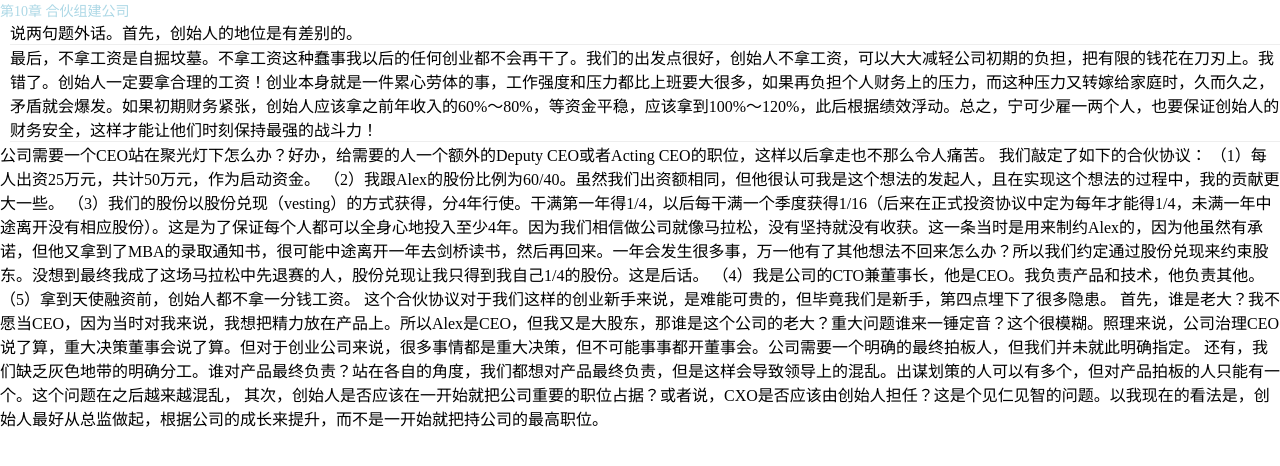
Repository: xudusheng/SSM
Page: SpringMVC/WebContent/HTML/first.html
An editor plug-in stored every save of this project. The page is shown before and after the next save, followed by the edit.
The browser window is 1280 px wide. The pictures show the whole page.

Above is the page before, as saved 2016-07-20 07:29:44.

### SpringMVC/WebContent/HTML/first.html
<!DOCTYPE html>
<html>
<head>
<meta charset="UTF-8">
<title>Insert title here</title>
<style type="text/css">
	*{ padding:0; margin:0; }
	.article-title{ color:lightblue; font-size:14px; }
	.content-line--grey{ border-bottom:1px solid #eee; margin-left:10px; }
</style>
</head>
<body>
	<p class='article-title'>第10章 合伙组建公司</p>
	<p class="content-line--grey">说两句题外话。首先，创始人的地位是有差别的。</p>
	<p class="content-line--grey">最后，不拿工资是自掘坟墓。不拿工资这种蠢事我以后的任何创业都不会再干了。我们的出发点很好，创始人不拿工资，可以大大减轻公司初期的负担，把有限的钱花在刀刃上。我错了。创始人一定要拿合理的工资！创业本身就是一件累心劳体的事，工作强度和压力都比上班要大很多，如果再负担个人财务上的压力，而这种压力又转嫁给家庭时，久而久之，矛盾就会爆发。如果初期财务紧张，创始人应该拿之前年收入的60%～80%，等资金平稳，应该拿到100%～120%，此后根据绩效浮动。总之，宁可少雇一两个人，也要保证创始人的财务安全，这样才能让他们时刻保持最强的战斗力！</p>
	公司需要一个CEO站在聚光灯下怎么办？好办，给需要的人一个额外的Deputy CEO或者Acting
	CEO的职位，这样以后拿走也不那么令人痛苦。 我们敲定了如下的合伙协议： （1）每人出资25万元，共计50万元，作为启动资金。
	（2）我跟Alex的股份比例为60/40。虽然我们出资额相同，但他很认可我是这个想法的发起人，且在实现这个想法的过程中，我的贡献更大一些。
	（3）我们的股份以股份兑现（vesting）的方式获得，分4年行使。干满第一年得1/4，以后每干满一个季度获得1/16（后来在正式投资协议中定为每年才能得1/4，未满一年中途离开没有相应股份）。这是为了保证每个人都可以全身心地投入至少4年。因为我们相信做公司就像马拉松，没有坚持就没有收获。这一条当时是用来制约Alex的，因为他虽然有承诺，但他又拿到了MBA的录取通知书，很可能中途离开一年去剑桥读书，然后再回来。一年会发生很多事，万一他有了其他想法不回来怎么办？所以我们约定通过股份兑现来约束股东。没想到最终我成了这场马拉松中先退赛的人，股份兑现让我只得到我自己1/4的股份。这是后话。
	（4）我是公司的CTO兼董事长，他是CEO。我负责产品和技术，他负责其他。 （5）拿到天使融资前，创始人都不拿一分钱工资。
	这个合伙协议对于我们这样的创业新手来说，是难能可贵的，但毕竟我们是新手，第四点埋下了很多隐患。
	首先，谁是老大？我不愿当CEO，因为当时对我来说，我想把精力放在产品上。所以Alex是CEO，但我又是大股东，那谁是这个公司的老大？重大问题谁来一锤定音？这个很模糊。照理来说，公司治理CEO说了算，重大决策董事会说了算。但对于创业公司来说，很多事情都是重大决策，但不可能事事都开董事会。公司需要一个明确的最终拍板人，但我们并未就此明确指定。
	还有，我们缺乏灰色地带的明确分工。谁对产品最终负责？站在各自的角度，我们都想对产品最终负责，但是这样会导致领导上的混乱。出谋划策的人可以有多个，但对产品拍板的人只能有一个。这个问题在之后越来越混乱，
	其次，创始人是否应该在一开始就把公司重要的职位占据？或者说，CXO是否应该由创始人担任？这是个见仁见智的问题。以我现在的看法是，创始人最好从总监做起，根据公司的成长来提升，而不是一开始就把持公司的最高职位。

</body>
</html>

After the next save:
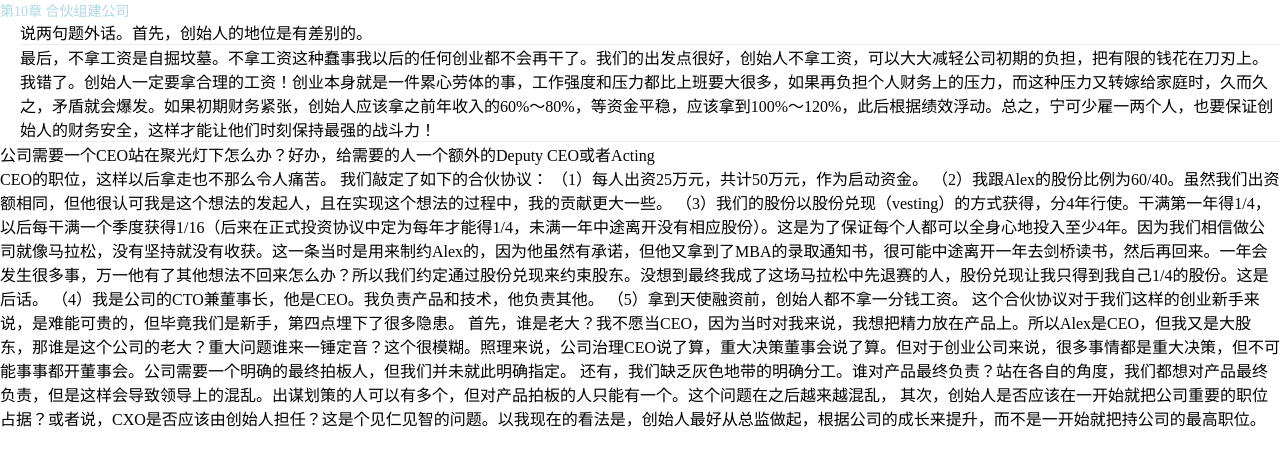
Saved 79 s later.
--- a/SpringMVC/WebContent/HTML/first.html
+++ b/SpringMVC/WebContent/HTML/first.html
@@ -6,7 +6,7 @@
 <style type="text/css">
 	*{ padding:0; margin:0; }
 	.article-title{ color:lightblue; font-size:14px; }
-	.content-line--grey{ border-bottom:1px solid #eee; margin-left:10px; }
+	.content-line--grey{ border-bottom:1px solid #eee; margin-left:20px; }
 </style>
 </head>
 <body>
@@ -14,6 +14,7 @@
 	<p class="content-line--grey">说两句题外话。首先，创始人的地位是有差别的。</p>
 	<p class="content-line--grey">最后，不拿工资是自掘坟墓。不拿工资这种蠢事我以后的任何创业都不会再干了。我们的出发点很好，创始人不拿工资，可以大大减轻公司初期的负担，把有限的钱花在刀刃上。我错了。创始人一定要拿合理的工资！创业本身就是一件累心劳体的事，工作强度和压力都比上班要大很多，如果再负担个人财务上的压力，而这种压力又转嫁给家庭时，久而久之，矛盾就会爆发。如果初期财务紧张，创始人应该拿之前年收入的60%～80%，等资金平稳，应该拿到100%～120%，此后根据绩效浮动。总之，宁可少雇一两个人，也要保证创始人的财务安全，这样才能让他们时刻保持最强的战斗力！</p>
 	公司需要一个CEO站在聚光灯下怎么办？好办，给需要的人一个额外的Deputy CEO或者Acting
+	<br/>
 	CEO的职位，这样以后拿走也不那么令人痛苦。 我们敲定了如下的合伙协议： （1）每人出资25万元，共计50万元，作为启动资金。
 	（2）我跟Alex的股份比例为60/40。虽然我们出资额相同，但他很认可我是这个想法的发起人，且在实现这个想法的过程中，我的贡献更大一些。
 	（3）我们的股份以股份兑现（vesting）的方式获得，分4年行使。干满第一年得1/4，以后每干满一个季度获得1/16（后来在正式投资协议中定为每年才能得1/4，未满一年中途离开没有相应股份）。这是为了保证每个人都可以全身心地投入至少4年。因为我们相信做公司就像马拉松，没有坚持就没有收获。这一条当时是用来制约Alex的，因为他虽然有承诺，但他又拿到了MBA的录取通知书，很可能中途离开一年去剑桥读书，然后再回来。一年会发生很多事，万一他有了其他想法不回来怎么办？所以我们约定通过股份兑现来约束股东。没想到最终我成了这场马拉松中先退赛的人，股份兑现让我只得到我自己1/4的股份。这是后话。
